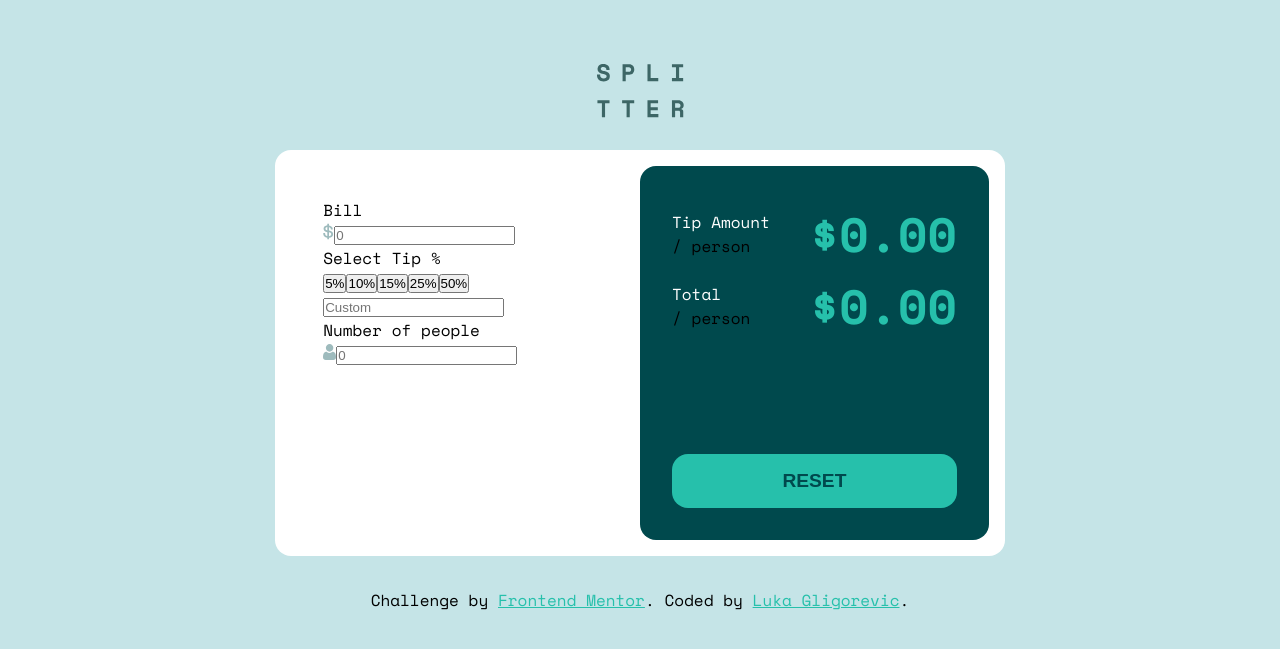
Repository: gligor99/tip-fmentor
Page: /
These files come from the project's save history. The page is drawn as it stood at one moment and after the next save; the edit follows.
The browser window is 1280 px wide. The pictures show the whole page.
The project was rebuilt for these pictures with package versions that can differ from the ones it lists, and the page was loaded fresh each time.

Above is the page before, as saved 2021-11-27 18:02:10.

### src/index.css
@import url("https://fonts.googleapis.com/css2?family=Space+Mono:wght@400;700&display=swap");

:root {
  --clr-primary: hsl(172, 67%, 45%);
  --clr-dark-cyan: hsl(183, 100%, 15%);
  --clr-dark-grayish-cyan: hsl(186, 14%, 43%);
  --clr-dark-grayish-cyan2: hsl(184, 14%, 56%);
  --clr-light-grayish-cyan: hsl(185, 41%, 84%);
  --clr-light-grayish-cyan2: hsl(189, 41%, 97%);
  --clr-white: hsl(0, 0%, 100%);
}

*,
::after,
::before {
  margin: 0;
  padding: 0;
  box-sizing: border-box;
}
body {
  font-family: "Space Mono", sans-serif;
  background: var(--clr-light-grayish-cyan);
  color: var(--clr-grey-1);
  line-height: 1.5;
  font-size: 1rem;
}

.App {
  display: flex;
  flex-direction: column;
  justify-content: center;
  padding: 2rem;
  max-height: 100vh;
}

.logo {
  display: flex;
  justify-content: center;
  padding: 2rem;
}

.attribution {
  font-size: 1rem;
  text-align: center;
  padding: 2rem;
}
.attribution a {
  color: var(--clr-primary);
}

.container {
  display: flex;
  justify-content: space-between;
  background-color: var(--clr-white);
  width: 60%;
  margin: auto;
  padding: 1rem 1rem;
  border-radius: 1rem;
}
.left-side {
  width: 50%;
  padding: 2rem;
}

.right-side {
  background-color: var(--clr-dark-cyan);
  width: 50%;
  border-radius: 1rem;
  padding: 2rem;
}

.results-tip,
.results-total {
  display: flex;
  justify-content: space-between;
  align-items: center;
}

.tip-result,
.total-result {
  font-size: 2rem;
  color: var(--clr-primary);
}

.results-label {
  color: var(--clr-white);
}

.per-person {
  color: var(--clr-dark-grayish-cyan-grayish-cyan);
}

.rightside,
.reset-btn {
  padding: 1rem;
  width: 100%;
  border-radius: 1rem;
  margin-top: 7rem;
  font-size: 1.2rem;
  font-weight: 700;
  background-color: var(--clr-primary);
  color: var(--clr-dark-cyan);
  border: none;
  transition: 0.2s ease-out;
}
.reset-btn:hover {
  background-color: var(--clr-light-grayish-cyan);
}

### src/App.tsx
import Footer from "./components/Footer";
import logo from "./assets/logo.svg";
import Tipper from "./components/Tipper";
import { useState } from "react";

function App() {
  const [bill, setBill] = useState(0)
  const [people, setPeople] = useState(0)
  const [total, setTotal] = useState(0)


  return (
    <div className="App">
      <div className="logo">
        <img src={logo} alt="logo" />
      </div>
      <Tipper />
      <Footer name="Luka Gligorevic" />
    </div>
  );
}

export default App;

### src/components/Footer.tsx
type Props = {
  name: String;
};

const Footer: React.FC<Props> = ({ name }) => {
  return (
    <div className="attribution">
      Challenge by{" "}
      <a
        href="https://www.frontendmentor.io?ref=challenge"
        target="_blank"
        rel="noreferrer"
      >
        Frontend Mentor
      </a>
      . Coded by <a href="https://github.com/gligor99">{name}</a>.
    </div>
  );
};

export default Footer;

### src/components/Tipper.tsx
import iconDollar from "../assets/icon-dollar.svg";
import iconPeople from "../assets/icon-person.svg";

const Tipper = () => {
  return (

      <section className="container">
        <div className="left-side">
          <form>
            <label htmlFor="bill">Bill</label>
            <div className="input-div">
              <img className="input-icon" src={iconDollar} alt="dollarIcon" />
              <input type="number" placeholder="0" />
            </div>
            <label htmlFor="select-tip">Select Tip %</label>
            <div className="buttons">
              <button className="percentage-btn" data-value="5">
                5%
              </button>
              <button className="percentage-btn" data-value="5">
                10%
              </button>
              <button className="percentage-btn" data-value="5">
                15%
              </button>
              <button className="percentage-btn" data-value="5">
                25%
              </button>
              <button className="percentage-btn" data-value="5">
                50%
              </button>
              <input
                type="number"
                placeholder="Custom"
                className="custom-tip"
              />
            </div>
            <label htmlFor="no-of-people">Number of people</label>
            <div className="input-div">
              <img className="input-icon" src={iconPeople} alt="personIcon" />
              <input type="number" placeholder="0" />
            </div>
          </form>
        </div>
        <div className="right-side">
          <div className="results-tip">
            <div className="results-text">
              <p className="results-label">Tip Amount</p>
              <p className="per-person">/ person</p>
            </div>
            <div className="tip-result">
              <h1 id="tip-result">$0.00</h1>
            </div>
          </div>
          <div className="results-total">
            <div className="results-text">
              <p className="results-label">Total</p>
              <p className="per-person">/ person</p>
            </div>
            <div className="total-result">
              <h1 id="total-result">$0.00</h1>
            </div>
          </div>
          <button className="reset-btn" type="reset" >
            RESET
          </button>
        </div>
      </section>

  );
};

export default Tipper;

Loaded but not shown: public/index.html (common file); src/index.tsx (common file)

After the next save:
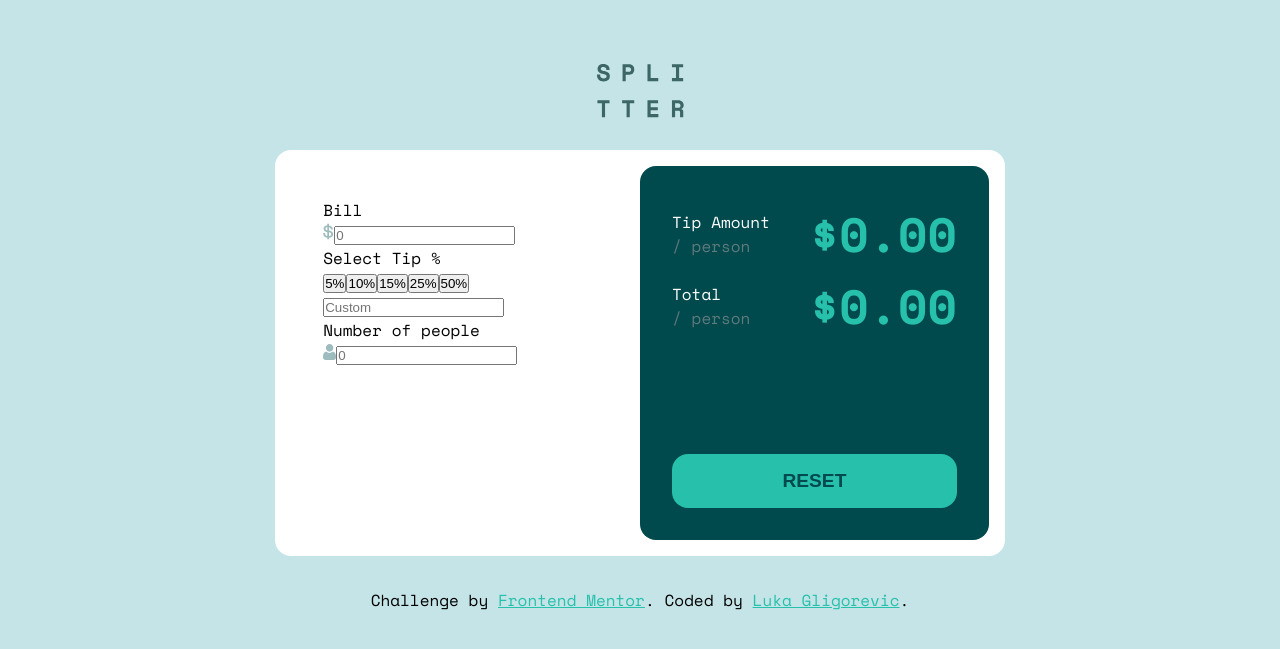
Saved 8 s later.
--- a/src/index.css
+++ b/src/index.css
@@ -87,7 +87,7 @@ body {
 }
 
 .per-person {
-  color: var(--clr-dark-grayish-cyan-grayish-cyan);
+  color: var(--clr-dark-grayish-cyan);
 }
 
 .rightside,
